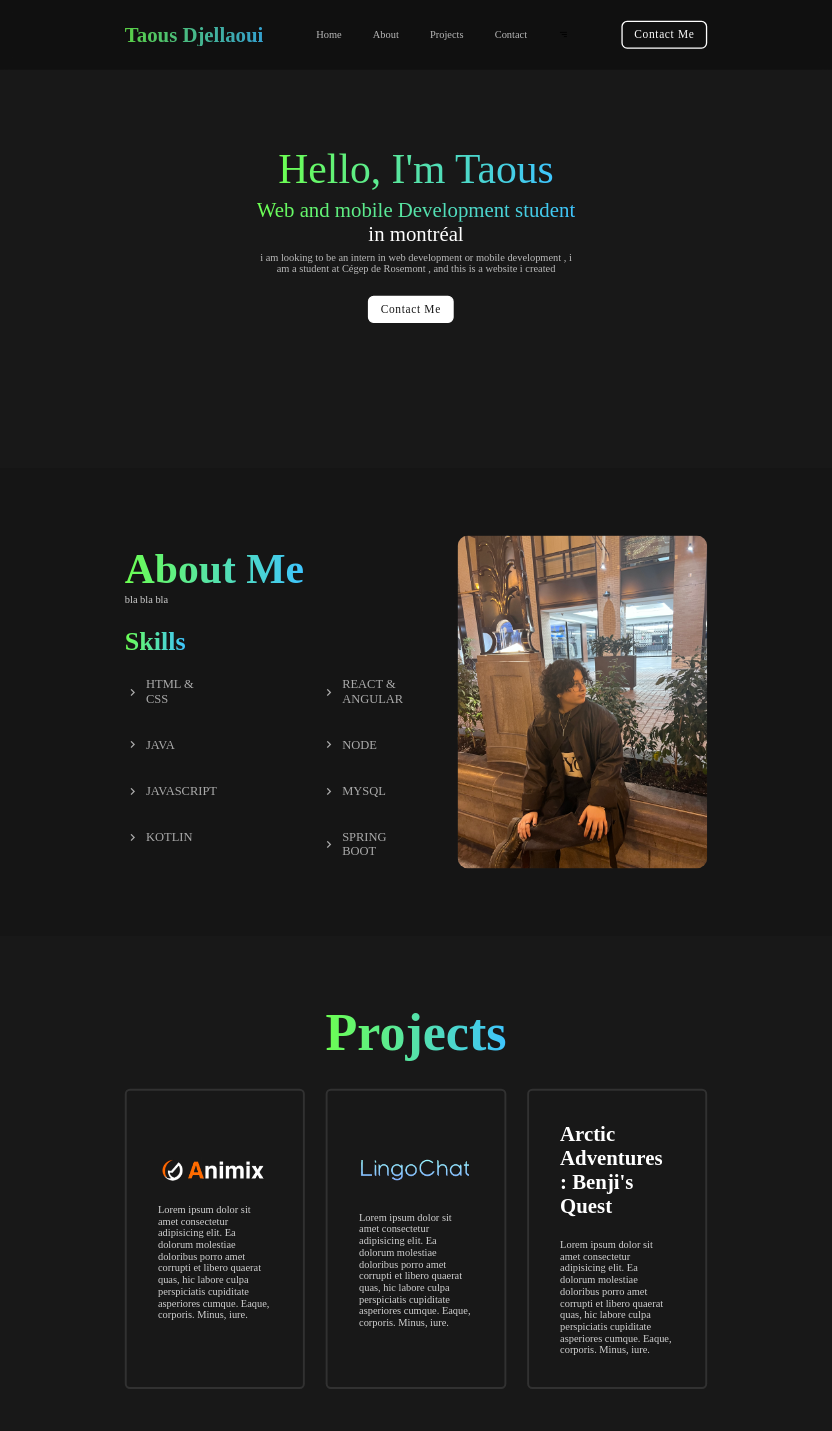
Repository: taousdjellaoui/portfolio-
Page: portfolio/index.html
The author's editor kept a copy of each file at every save. The page is drawn from the files as they stood at one save, then again after the next save.
The browser window is 1280 px wide. The pictures show the whole page, at 65% of full size.

Above is the page before, as saved 2024-09-24 13:50:18.

### portfolio/index.html
<!DOCTYPE html>
<html lang="en">
  <head>
    <meta charset="UTF-8" />
    <meta name="viewport" content="width=device-width, initial-scale=1.0" />
    <title>Portfolio Website</title>
    <link rel="stylesheet" href="style.css" />
    <link href='https://unpkg.com/boxicons@2.1.4/css/boxicons.min.css' rel='stylesheet'>
  </head>
  <body>
    <nav>
      <a href="#" class="logo"><span>Taous Djellaoui</span></a>
      <ul class="links">
        <a href="#home">Home</a>
        <a href="#about">About</a>
        <a href="#projects">Projects</a>
        <a href="#contact">Contact</a>
        <i class='bx bx-menu-alt-right' id="Menu"></i>
      </ul>
      <a href="#contact" class="btn">Contact Me</a>

    </nav>
    <section id="home">

      <div class="info-box">
        <h1><span>Hello, I'm Taous</span></h1>
        <h3><span>Web and mobile Development student</span> in montréal</h3>
        <p>i am looking to be an intern in web development or mobile development , i am a student
           at Cégep de Rosemont , and this is a website i created  </p>
      </div>
      <div class="btn-box">
        <div class="btn"  style="display: none;" >Hire</div>
        <div class="btn">Contact Me</div>
        <div></div>

      </div>
    </section>

    <section id="about">
      <div class="about-box">
        <div class="about-info">
          <h1><span>About Me</span></h1>
          <p>bla bla bla </p>

        </div>
        <h2><span>Skills</span></h2>
        <div class="skills">
          <ul>
            <li>
              <p><i class='bx bx-chevron-right' ></i>HTML & CSS</p>
            </li>
            <li>
              <p><i class='bx bx-chevron-right' ></i>JAVA</p>
            </li>
            <li>
              <p><i class='bx bx-chevron-right' ></i>JAVASCRIPT</p>
            </li>
            <li>
              <p><i class='bx bx-chevron-right' ></i>KOTLIN</p>
            </li>
          </ul>
          <ul>
            <li>
              <p><i class='bx bx-chevron-right' ></i>REACT & ANGULAR</p>
            </li>
            <li>
              <p><i class='bx bx-chevron-right' ></i>NODE</p>
            </li>
            <li>
              <p><i class='bx bx-chevron-right' ></i>MYSQL</p>
            </li>
            <li>
              <p><i class='bx bx-chevron-right' ></i>SPRING BOOT</p>
            </li>
          </ul>
        </div>

      </div>
      <img src="image.jpg" alt="">
    </section>
    <section id="projects">
      <h1 class="header"><span>Projects</span></h1>
      <div class="projects-container">
        <div class="box">
          <img src="logo-animix.png" alt="">
          <p>Lorem ipsum dolor sit amet consectetur adipisicing elit. Ea dolorum molestiae doloribus porro amet corrupti et libero quaerat quas, hic labore culpa perspiciatis cupiditate asperiores cumque. Eaque, corporis. Minus, iure.</p>

        </div>
        <div class="box">
          <img src="logoLingoChat.png" alt="">

          <p>Lorem ipsum dolor sit amet consectetur adipisicing elit. Ea dolorum molestiae doloribus porro amet corrupti et libero quaerat quas, hic labore culpa perspiciatis cupiditate asperiores cumque. Eaque, corporis. Minus, iure.</p>

        </div>
        <div class="box">
          <h1>Arctic Adventures : Benji's Quest</h1>
          <p>Lorem ipsum dolor sit amet consectetur adipisicing elit. Ea dolorum molestiae doloribus porro amet corrupti et libero quaerat quas, hic labore culpa perspiciatis cupiditate asperiores cumque. Eaque, corporis. Minus, iure.</p>

        </div>


      </div>


    </section>

    <script src="script.js"></script>
  </body>
</html>

### portfolio/style.css
* {
  margin: 0;
  padding: 0;
  box-sizing: border-box;
  text-decoration: none;
  list-style: none;
  scroll-behavior: smooth;
  font-family: "Poppins";
}
:root {
  --background: rgb(24, 24, 24);
  --second-background: rgb(21, 21, 21);
}
body{
  min-height: 100vh;
  background-color: var(--background);
}
nav{
position:fixed;
top:0;
width: 100%;
padding: 2em 15%;
display: flex;
align-items: center;
justify-content: space-between;
background-color:rgba(15,15,15,0.8);
backdrop-filter: blur(10px);
z-index: 1000;
}
ul{
  display:flex;
  align-items: center;
  gap: 3em;

}
nav ul a{
  color: white;
  opacity: 0.7;
  transition:0.2s ease-in-out;
}
nav ul a:hover{
  opacity: 1;

}
.logo{
  font-size:2em;
  color: white;
  font-weight: 800;
  opacity: 0.8;
  transition: 0.2s ease-in-out;

}
.logo:hover{
  opacity: 1;
}
.btn{
  padding : 0.5em 1em;
  color : white;
  font-weight: 500;
  letter-spacing:1px ;
  border-radius: 0.5em;
  font-size: 1.1em;
  border: 2px solid white;
  cursor: pointer;
  transition: 0.3s ease-in-out;

}
.btn:hover{
  background-color: white;
  color: var(--background);

}
span{
  background: linear-gradient(to right,#6cff52,#3ec5ff);
  background-clip: text;
  color:transparent;
}
#menu{
  color:white;
  font-size:3em;
  display:none;
}
section{
  min-height: 100vh;
  padding: 5% 15%;
}
#home{
display: flex;
flex-direction: column;
align-items:center;
justify-content: center;
gap:2em;
color:white;

}
#home img{
width:18vw;
border-radius: 1%;
margin-top: 3em;

}
.info-box{
  display: flex;
  flex-direction: column;
  text-align: center;
  gap: 0.5em;
  max-width: 500px;

}
.info-box h1{
  font-size:4em;
  font-weight: 500;
}
.info-box h3{
  font-size:2em;
  font-weight: 400;
}
.info-box p{
 opacity:0.7;
}
.btn-box{
  display: flex;
  gap: 1em;
}
.btn-box .btn:nth-of-type(2){
  background-color:white;
  color: var(--background)
}
.btn-box .btn:nth-of-type(2):hover{
  background-color: var(--background);
  color:white;

}
::-webkit-scrollbar{
  width: 20px;
  background-color: var(--background);
}
::-webkit-scrollbar-thumb{
  background: linear-gradient(to bottom,#788077,#a8b2b7);

}
#about{
  background-color: var(--second-background);
  display: flex;
  align-items:center;
  justify-content: center;
  gap: 5em;

}
#about img{
  width: 30vw;
  border-radius:1em;

}
.about-box{
  display:flex;
  flex-direction: column;
  text-align: left;
  gap: 2em;
}
.about-box h1{
  font-size: 4em;
}
.about-box p{
color:white;
opacity:0.8;
}
.skills{
  display:flex;
  text-align: left;
  gap: 10em;

}
.skills ul{
  font-size: 1em;
  font-weight: 500;
  display:flex;
  flex-direction: column;
  color:white;
  opacity:0.8;
  align-items: baseline;
}
.skills ul li p{
  display: flex;
  align-items:center;
  gap : 0.5em;
   font-size: 1.2em;
   transition:0.3s ease-in-out;
}
.skills ul li p:hover{
  transform: translateX(10px);
}
.skills ul li i{
 font-size:1.2em;

}
.about-box h2{
  font-size: 2.5em;
}
#projects{
  background-color: var(--background);
}
.header{
  text-align: center;
  font-size: 5em;
  margin:0.5em 0;
}
.projects-container{
  display:grid;
  grid-template-columns: repeat(auto-fit,minmax(250px,1fr));
  gap:2em;
}
.box{
  border:3px solid rgb(49, 49, 49);
border-radius: 0.5em;
display: flex;
flex-direction: column;
justify-content: center;
overflow: hidden;
object-fit: cover;
padding:3em ;
gap: 2em;
color:white;
cursor:pointer;
transition:0.3s ease-in-out;
}
.box:hover{
  border: 3px solid rgb(100,100,100);
}
.box p{
  opacity:0.8;
}
.box h1{
  font-size: 2em;
}
.box img{
 min-width:25px;
 border-radius:0.5em;
}

Loaded but not shown: portfolio/script.js (no stored copy; drawn as an empty file)

After the next save:
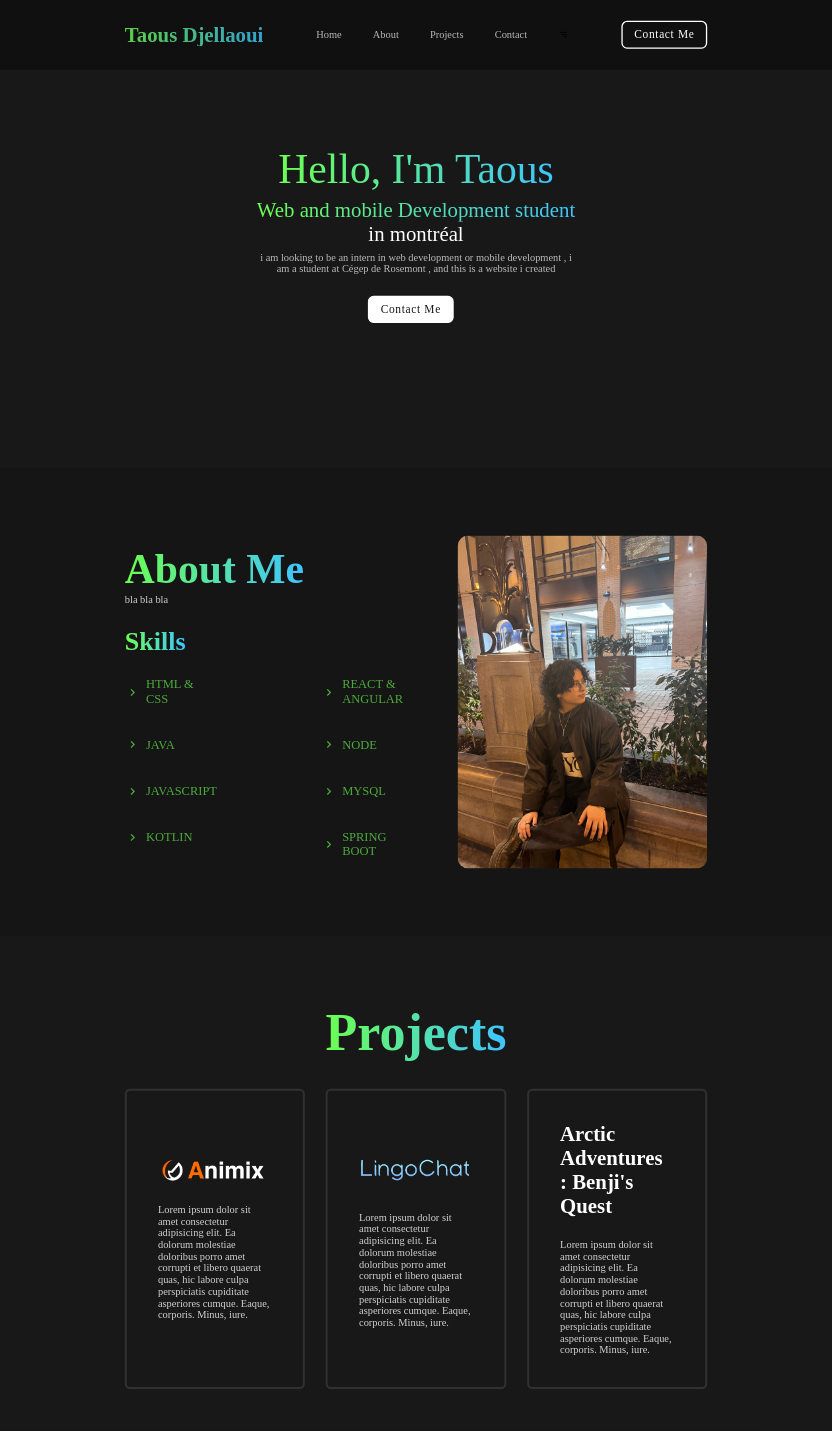
Saved 24 s later.
--- a/portfolio/style.css
+++ b/portfolio/style.css
@@ -181,6 +181,7 @@
   align-items: baseline;
 }
 .skills ul li p{
+  color:#6cff52;
   display: flex;
   align-items:center;
   gap : 0.5em;

After the save that followed:
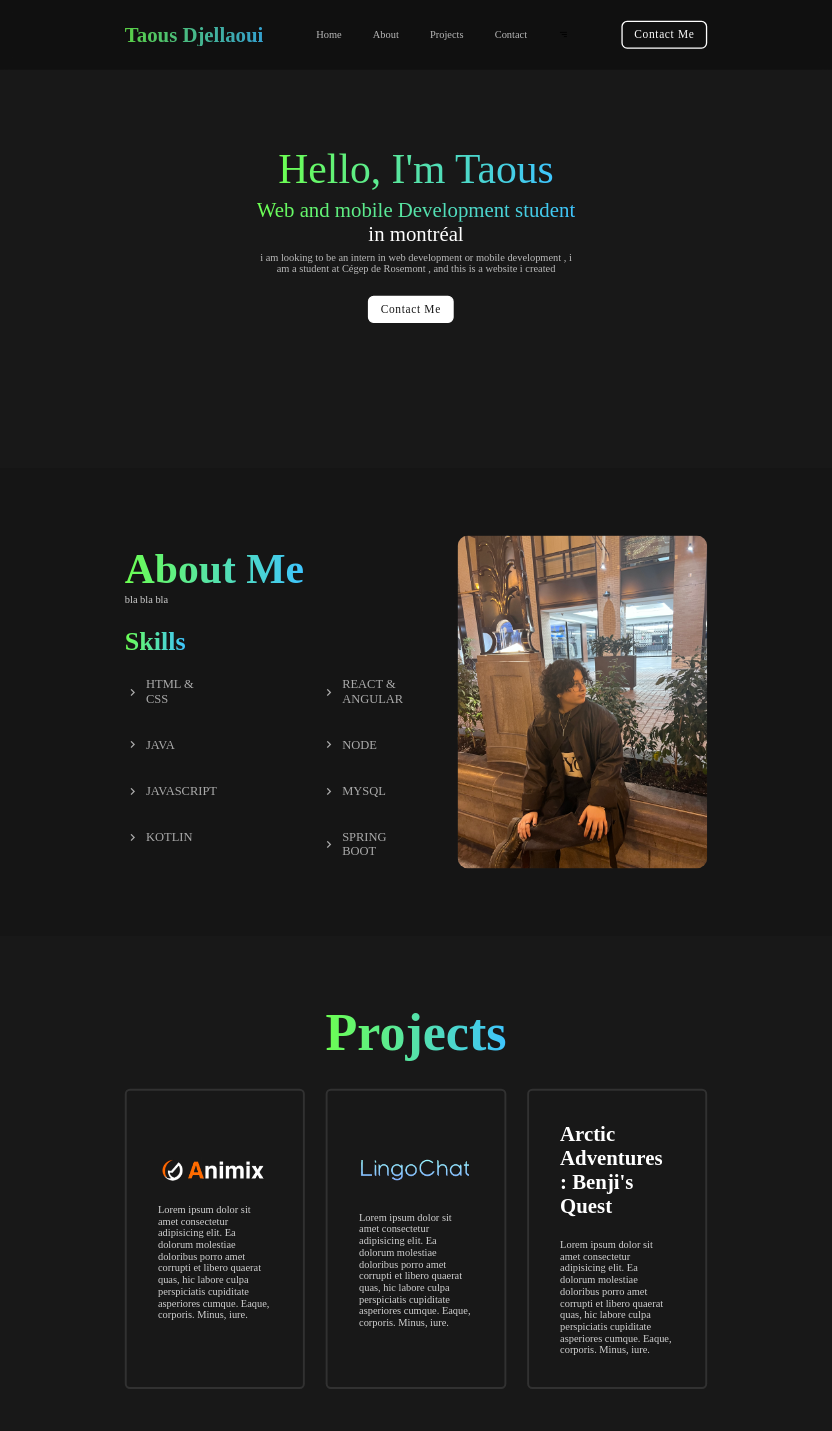
Saved 15 s later.
--- a/portfolio/style.css
+++ b/portfolio/style.css
@@ -181,7 +181,7 @@
   align-items: baseline;
 }
 .skills ul li p{
-  color:#6cff52;
+  color:white;
   display: flex;
   align-items:center;
   gap : 0.5em;
